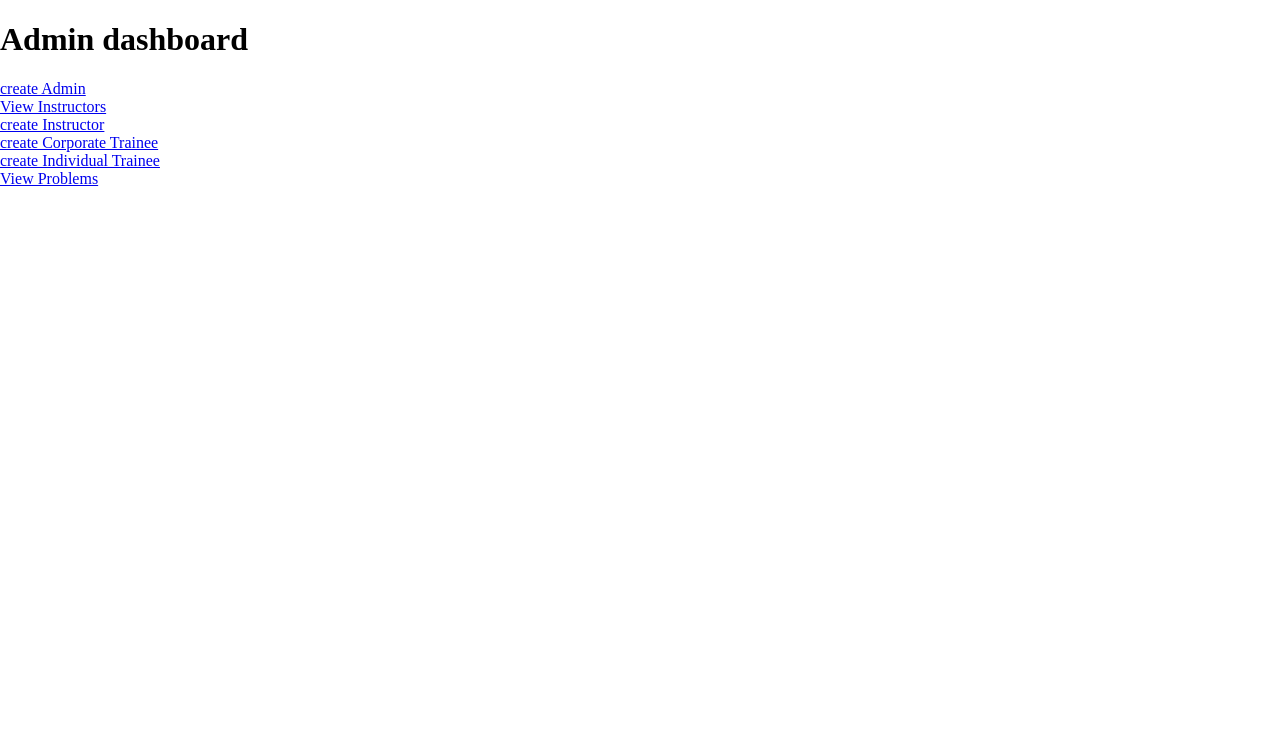
Repository: alafty/ACML-Project
Page: /adminDashboard (app in frontend/)
The author's editor kept a copy of each file at every save. The page is drawn from the files as they stood at one save, then again after the next save.
The browser window is 1280 px wide. The pictures show the whole page.
The project was rebuilt for these pictures with package versions that can differ from the ones it lists, and the page was loaded fresh each time. Also part of the build but not shown: frontend/src/components/header.tsx, frontend/src/pages/Register/Register.tsx, frontend/src/utils/authUtils.ts, frontend/src/constants/app_config.ts, frontend/src/utils/httpClient.ts, frontend/src/app/UsersServices.ts, frontend/src/pages/Login/Login.tsx, frontend/src/pages/Login/ForgotPassword.tsx and 27 more. Imported but missing from the stored project, and not drawn on this page: frontend/src/pages/Course/CourseDetails, frontend/src/pages/Legal/Legal, frontend/src/reportWebVitals.

Above is the page before, as saved 2023-01-03 08:52:27.

After the next save:
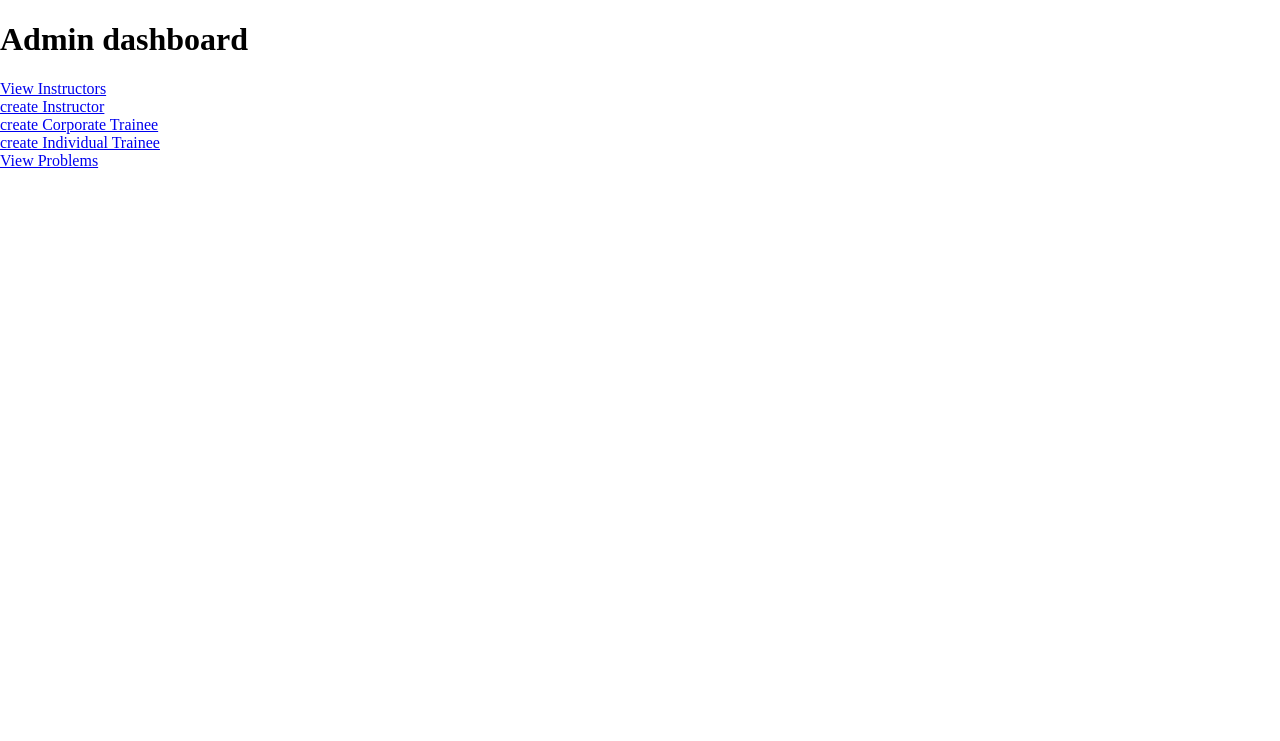
Saved 2 s later.
--- a/frontend/src/pages/admin/adminDashboard.tsx
+++ b/frontend/src/pages/admin/adminDashboard.tsx
@@ -6,7 +6,7 @@ function AdminDashboard () {
     return(
         <div>
         <h1>Admin dashboard</h1>
-        <Link to="/createAdmin">create Admin</Link> <br />
+
         <Link to="/viewInstructors">View Instructors</Link> <br />
         <Link to="/createInstructor">create Instructor</Link> <br />
         <Link to="/createCorpTrainee">create Corporate Trainee</Link> <br />
